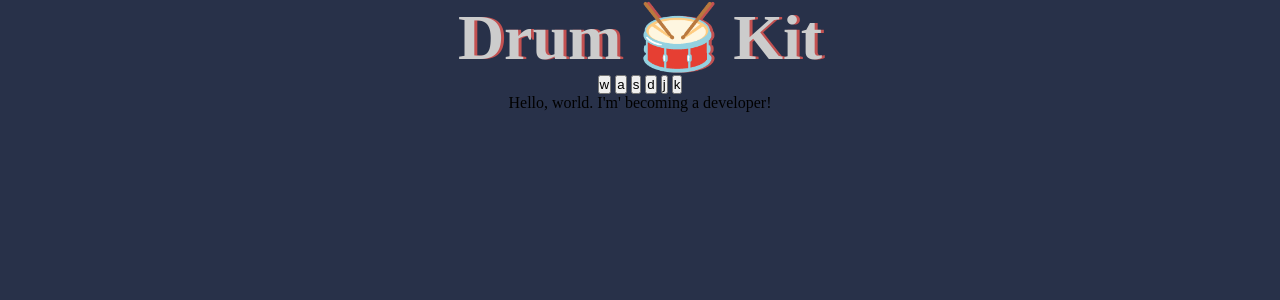
Repository: doncsar/yu-frontend-bootcamp
Page: 17-drumkit/index.html
These files come from the project's save history. The page is drawn as it stood at one moment and after a run of saves; the edit follows.
The browser window is 1280 px wide. The pictures show the whole page.

Above is the page before, as saved 2024-01-24 07:02:03.

After the next 2 saves:
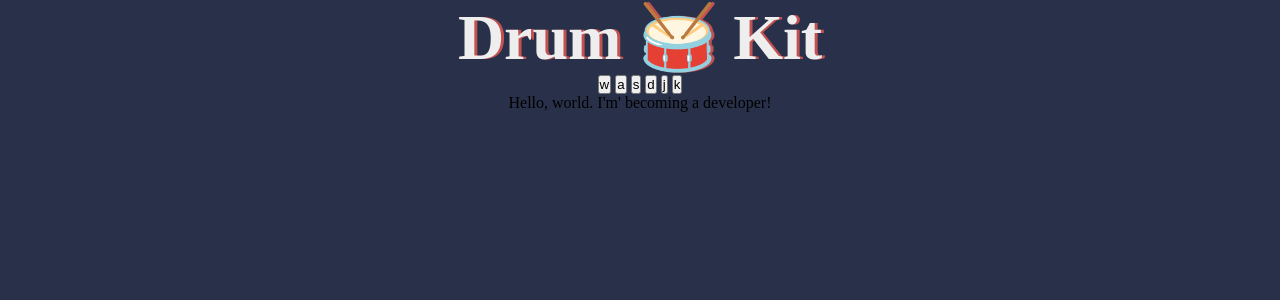
The 2 saves are shown as one change because they came seconds apart.
The last was saved 20 s later.
--- a/17-drumkit/style.css
+++ b/17-drumkit/style.css
@@ -10,7 +10,7 @@ body {
 }
 
 h1 {
-   color: #CCC;
+   color: #EEE;
    text-shadow: 3px 0px #c35151;
    font-size: 4rem;
 }
